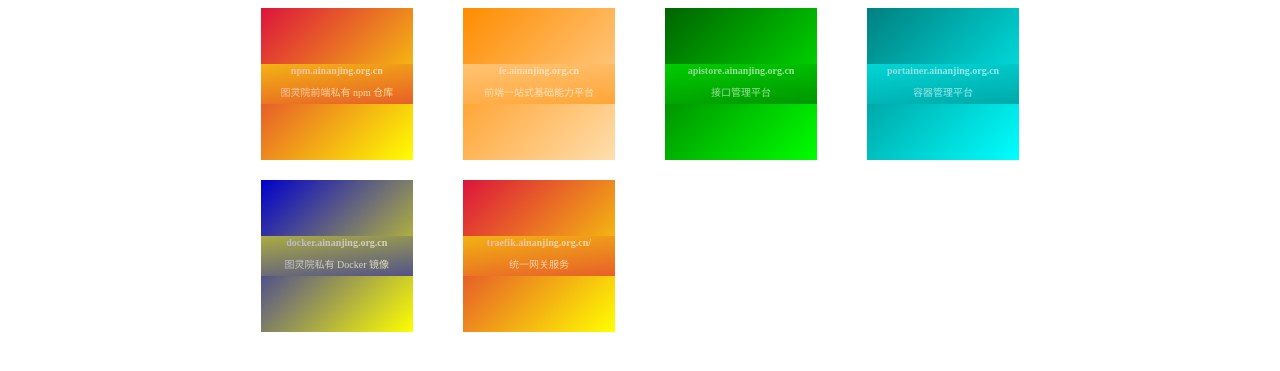
Repository: heweiwei1/portainer
Page: index.html
These files come from the project's save history. The page is drawn as it stood at one moment and after the next save; the edit follows.
The browser window is 1280 px wide. The pictures show the whole page.

Above is the page before, as saved 2021-04-13 18:01:25.

### index.html
<!DOCTYPE html>
<html lang="en">
<head>
  <meta charset="UTF-8">
  <meta http-equiv="X-UA-Compatible" content="IE=edge">
  <meta name="viewport" content="width=device-width, initial-scale=1.0">
  <title>网页</title>
  <link rel="stylesheet" href="index.css">
  <script src="index.js"></script>
</head>
<body>
  <div class="demo">
    <a class="demo-1" href="https://npm.ainanjing.org.cn/">
        <div class="trans">
          <h4>npm.ainanjing.org.cn</h4>
          <p>图灵院前端私有 npm 仓库</p>
        </div>
    </a>
    <a class="demo-2" href="https://fe.ainanjing.org.cn" id="pop">
          <div class="trans">
            <h4>fe.ainanjing.org.cn</h4>
            <p>前端一站式基础能力平台</p>
          </div>
    </a>
    <a class="demo-3" href="https://apistore.ainanjing.org.cn">
        <div class="trans">
          <h4>apistore.ainanjing.org.cn</h4>
          <p>接口管理平台</p>
        </div>
    </a>
    <a class="demo-4" href="https://portainer.ainanjing.org.cn">
        <div class="trans">
          <h4>portainer.ainanjing.org.cn</h4>
          <p>容器管理平台</p>
        </div>
    </a>
    <a class="demo-5" href="https://docker.ainanjing.org.cn">
        <div class="trans">
          <h4>docker.ainanjing.org.cn</h4>
          <p>图灵院私有 Docker 镜像</p>
        </div>
    </a>
    <a class="demo-6" href="https://traefik.ainanjing.org.cn/">
        <div class="trans">
          <h4>traefik.ainanjing.org.cn/</h4>
          <p>统一网关服务</p>
        </div>
    </a>
  </div>
</body>
</html>

### index.css
a {
  text-decoration: none;
  color: #000;
}
.demo {
  width: 60%;
  margin: auto;
  display: flex;
  flex-flow: row wrap;
}

.demo a {
  position: relative;
  display: flex;
  flex-direction: column;
  align-items: center;
  width: calc((100% - 150px) / 4);
  height: 152px;
  margin-bottom: 20px;
  font-size: 10px;
}
.demo a:not(:nth-child(4n)){
  margin-right: 50px;
}
.trans {
  position:absolute;
  top: 56px;
  width: 112.09px;
  padding: 20px 20px;
  display: flex;
  justify-content: center;
  opacity: 0.6;
}
.trans p{
  position: absolute;
  top: 10px;
  color: #fff;
}
.trans h4{
  position: absolute;
  top: -12px;
  color: #fff;
}
.demo-1 {
  background-image: linear-gradient(to bottom right,#dc143c,#ffff00);
}
.demo-1 .trans{
  background-image: linear-gradient(to top left,#dc143c,#ffff00);
}
.demo-2 {
  background-image: linear-gradient(to bottom right,#ff8c00,#ffdead);
}
.demo-2 .trans{
  background-image: linear-gradient(to top left,#ff8c00,#ffdead);
}
.demo-3 {
  background-image: linear-gradient(to bottom right,#006400,#00ff00);
}
.demo-3 .trans{
  background-image: linear-gradient(to top left,#006400,#00ff00);
}
.demo-4 {
  background-image: linear-gradient(to bottom right,#008080,#00ffff);
}
.demo-4 .trans{
  background-image: linear-gradient(to top left,#008080,#00ffff);
}
.demo-5 {
  background-image: linear-gradient(to bottom right,#0000cd,#ffff00);
}
.demo-5 .trans{
  background-image: linear-gradient(to top left,#0000cd,#ffff00);
}
.demo-6 {
  background-image: linear-gradient(to bottom right,#dc143c,#ffff00);
}
.demo-6 .trans{
  background-image: linear-gradient(to top left,#dc143c,#ffff00);
}

### index.js
window.onload = function(){
  var pop = document.getElementById("pop");
  pop.onclick = function(){
    alert("暂未启用");
    return false;
  }
}

After the next save:
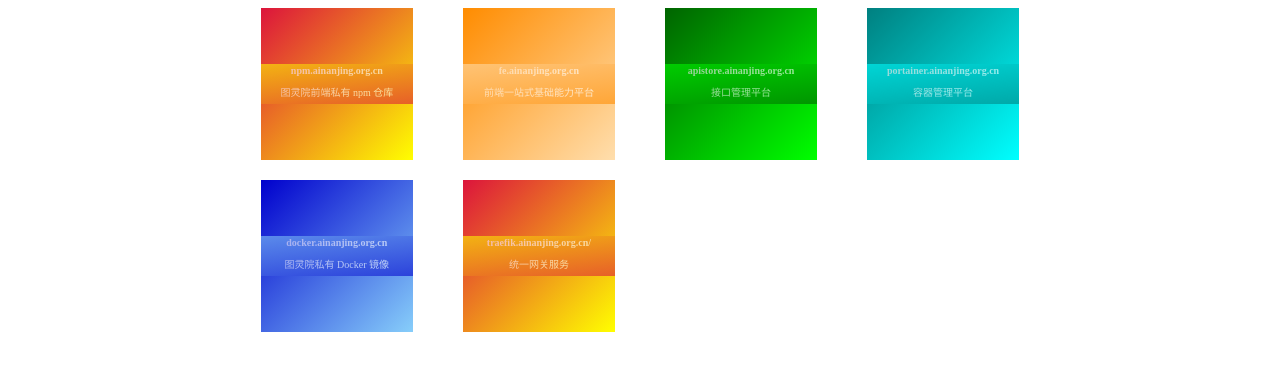
Saved 20 s later.
--- a/index.css
+++ b/index.css
@@ -66,10 +66,10 @@ a {
   background-image: linear-gradient(to top left,#008080,#00ffff);
 }
 .demo-5 {
-  background-image: linear-gradient(to bottom right,#0000cd,#ffff00);
+  background-image: linear-gradient(to bottom right,#0000cd,#87cefa);
 }
 .demo-5 .trans{
-  background-image: linear-gradient(to top left,#0000cd,#ffff00);
+  background-image: linear-gradient(to top left,#0000cd,#87cefa);
 }
 .demo-6 {
   background-image: linear-gradient(to bottom right,#dc143c,#ffff00);
